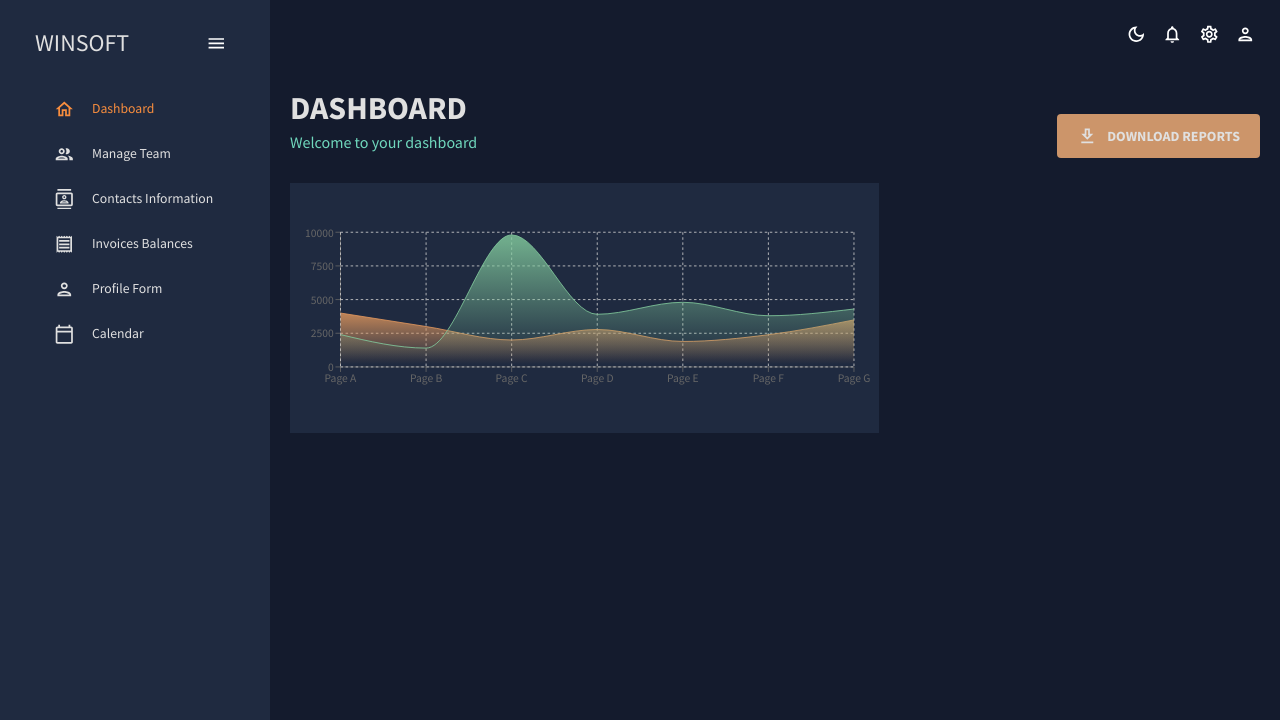
Repository: thamaraiselvan315731/winssoft
Page: /
The author's editor kept a copy of each file at every save. The page is drawn from the files as they stood at one save, then again after the next save.
The browser window is 1280 px wide. The pictures show the whole page.
The project was rebuilt for these pictures with package versions that can differ from the ones it lists, and the page was loaded fresh each time. Also part of the build but not shown: src/pages/team/index.jsx, src/pages/invoices/index.jsx, src/pages/contacts/index.jsx, src/pages/form/index.jsx, src/components/LineChart.jsx, src/data/mockGeoFeatures.js, src/components/GeographyChart.jsx, src/components/BarChart.jsx and 4 more.

Above is the page before, as saved 2022-12-01 11:07:10.

After the next save:
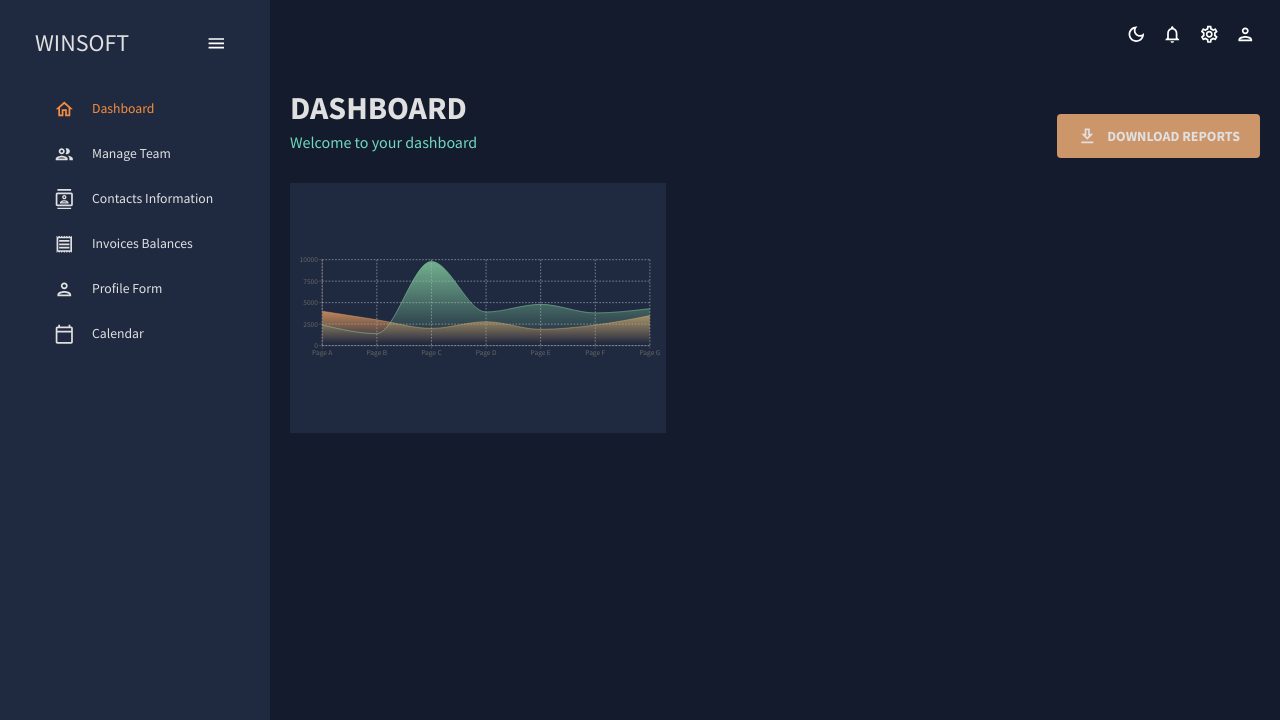
Saved 17 s later.
--- a/src/pages/dashboard/index.jsx
+++ b/src/pages/dashboard/index.jsx
@@ -44,7 +44,7 @@ const Dashboard = () => {
       {/* GRID & CHARTS */}
       <Box
         display="grid"
-        gridTemplateColumns="repeat(13, 1fr)"
+        gridTemplateColumns="repeat(20, 1fr)"
         gridAutoRows="250px"
         gap="20px"
       >
